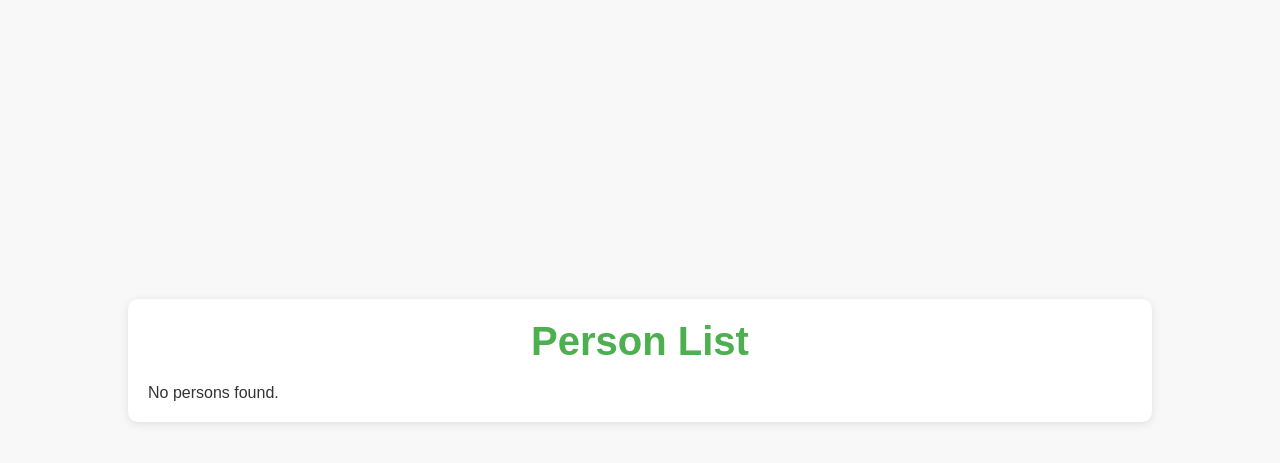
Repository: anjalikumari2207/person-api
Page: http://localhost/person/
These files come from the project's save history. The page is drawn as it stood at one moment and after the next save; the edit follows.
The browser window is 1280 px wide. The pictures show the whole page.
The page is served by the project's Node server (index.js). Other server files are loaded and not shown. Queries for data that is not in the repository find no rows.

Above is the page before, as saved 2025-04-13 23:50:40.

### views/personList.ejs
<!DOCTYPE html>
<html>
<head>
  <title>Person List</title>
  <link rel="stylesheet" href="/css/style.css">
</head>
<body>
  <div class="container">
    <h1>Person List</h1>

    <% if (people && people.length > 0) { %>
      <table border="1">
        <thead>
          <tr>
            <th>Name</th>
            <th>Email</th>
          </tr>
        </thead>
        <tbody>
          <% people.forEach(person => { %>
            <tr>
              <td><%= person.name %></td>
              <td><%= person.age %></td>
            </tr>
          <% }) %>
        </tbody>
      </table>
    <% } else { %>
      <p>No persons found.</p>
    <% } %>

  </div>
</body>
</html>

### index.js
const express = require('express');
const mongoose = require('mongoose');
const bodyParser = require('body-parser');
const methodOverride = require('method-override');
const personRoutes = require('./routes/personRoutes');

const app = express();
mongoose.connect("your_mongo_uri_here")
  .then(() => console.log("✅ MongoDB connected"))
  .catch((err) => console.error("❌ DB connection error:", err));

app.set('view engine', 'ejs');
app.use(express.static('public'));
app.use(bodyParser.urlencoded({ extended: true }));
app.use(methodOverride('_method'));

app.use('/person', personRoutes);
app.get('/', (req, res) => res.redirect('/person'));

app.listen(3000, () => console.log("🚀 Server on http://localhost:3000"));

### routes/personRoutes.js
const express = require('express');
const router = express.Router();
const Person = require('../models/Person');

// List all
router.get('/', async (req, res) => {
  const people = await Person.find();
  res.render('personList', { people });
});

// Add form
router.get('/add', (req, res) => {
  res.render('personForm', {
    person: {},
    action: '/person',
    method: 'POST',
    button: 'Add Person'
  });
});

// Create
router.post('/', async (req, res) => {
  await Person.create(req.body);
  res.redirect('/person');
});

// Edit form
router.get('/:id/edit', async (req, res) => {
  const person = await Person.findById(req.params.id);
  res.render('personForm', {
    person,
    action: `/person/${person._id}?_method=PUT`,
    method: 'POST',
    button: 'Update Person'
  });
});

// Update
router.put('/:id', async (req, res) => {
  await Person.findByIdAndUpdate(req.params.id, req.body);
  res.redirect('/person');
});

// Delete
router.delete('/:id', async (req, res) => {
  await Person.findByIdAndDelete(req.params.id);
  res.redirect('/person');
});

module.exports = router;

### public/css/style.css
/* person-api/public/css/style.css */

body {
    font-family: 'Segoe UI', Tahoma, Geneva, Verdana, sans-serif;
    background-color: #f4f7fa;
    margin: 0;
    padding: 0;
  }

  .container {
    max-width: 800px;
    margin: 50px auto;
    background: white;
    padding: 30px;
    border-radius: 8px;
    box-shadow: 0 4px 12px rgba(0, 0, 0, 0.1);
  }

  h1 {
    text-align: center;
    color: #333;
    margin-bottom: 20px;
  }

  ul {
    list-style: none;
    padding: 0;
  }

  li {
    padding: 10px;
    border-bottom: 1px solid #ddd;
    font-size: 18px;
  }

  li:last-child {
    border-bottom: none;
  }

  a.button {
    display: inline-block;
    padding: 8px 16px;
    margin-top: 15px;
    background-color: #007bff;
    color: white;
    border-radius: 5px;
    text-decoration: none;
    text-align: center;
  }

  a.button:hover {
    background-color: #0056b3;
  }
  /* Add this at the bottom of style.css */

form {
    display: flex;
    flex-direction: column;
  }

  .form-group {
    margin-bottom: 15px;
  }

  label {
    font-weight: bold;
    margin-bottom: 5px;
    display: block;
  }

  input[type="text"],
  input[type="number"] {
    padding: 10px;
    width: 100%;
    border: 1px solid #ccc;
    border-radius: 5px;
    box-sizing: border-box;
  }

  .btn {
    background-color: #28a745;
    color: white;
    padding: 10px 18px;
    border: none;
    border-radius: 5px;
    cursor: pointer;
    text-transform: uppercase;
    font-weight: bold;
  }

  .btn:hover {
    background-color: #218838;
  }
  /* style.css */

/* General Reset */
* {
    margin: 0;
    padding: 0;
    box-sizing: border-box;
    font-family: 'Arial', sans-serif;
  }

  /* Background and Layout */
  body {
    background-color: #f8f8f8;
    color: #333;
    display: flex;
    justify-content: center;
    align-items: center;
    min-height: 100vh;
  }

  /* Container */
  .container {
    width: 80%;
    max-width: 1200px;
    margin: 0 auto;
    padding: 20px;
    background-color: white;
    border-radius: 10px;
    box-shadow: 0 2px 10px rgba(0, 0, 0, 0.1);
  }

  /* Header */
  h1 {
    font-size: 2.5rem;
    color: #4CAF50;
    text-align: center;
    margin-bottom: 20px;
  }

  /* Button Styling */
  button {
    background-color: #4CAF50;
    color: white;
    padding: 10px 20px;
    border: none;
    border-radius: 5px;
    cursor: pointer;
    font-size: 1rem;
    transition: background-color 0.3s;
  }

  button:hover {
    background-color: #45a049;
  }

  /* Form Input Styling */
  input[type="text"],
  input[type="number"],
  input[type="email"],
  textarea {
    width: 100%;
    padding: 10px;
    margin: 10px 0;
    border: 1px solid #ddd;
    border-radius: 5px;
    font-size: 1rem;
  }

  input[type="text"]:focus,
  input[type="number"]:focus,
  input[type="email"]:focus,
  textarea:focus {
    border-color: #4CAF50;
    outline: none;
  }

  /* Table Styling */
  table {
    width: 100%;
    margin-top: 20px;
    border-collapse: collapse;
  }

  table th,
  table td {
    padding: 10px;
    text-align: left;
    border-bottom: 1px solid #ddd;
  }

  table th {
    background-color: #4CAF50;
    color: white;
  }

  table tr:hover {
    background-color: #f1f1f1;
  }

  /* Footer */
  footer {
    text-align: center;
    padding: 20px 0;
    background-color: #333;
    color: white;
    position: fixed;
    width: 100%;
    bottom: 0;
  }

After the next save:
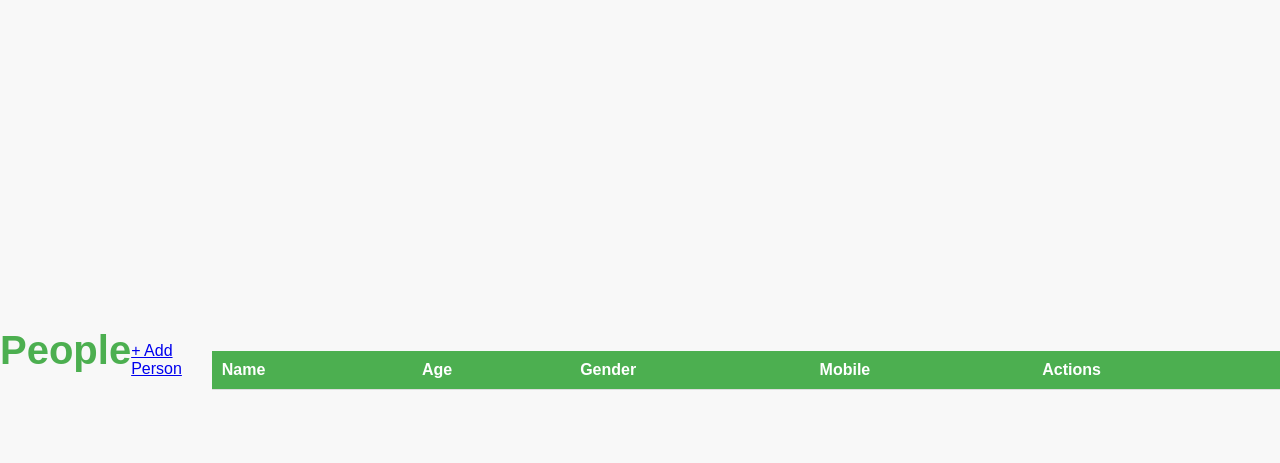
Saved 12 s later.
--- a/views/personList.ejs
+++ b/views/personList.ejs
@@ -2,33 +2,29 @@
 <html>
 <head>
   <title>Person List</title>
-  <link rel="stylesheet" href="/css/style.css">
+  <link rel="stylesheet" href="/css/style.css" />
 </head>
 <body>
-  <div class="container">
-    <h1>Person List</h1>
-
-    <% if (people && people.length > 0) { %>
-      <table border="1">
-        <thead>
-          <tr>
-            <th>Name</th>
-            <th>Email</th>
-          </tr>
-        </thead>
-        <tbody>
-          <% people.forEach(person => { %>
-            <tr>
-              <td><%= person.name %></td>
-              <td><%= person.age %></td>
-            </tr>
-          <% }) %>
-        </tbody>
-      </table>
-    <% } else { %>
-      <p>No persons found.</p>
-    <% } %>
-
-  </div>
+  <h1>People</h1>
+  <a href="/person/add">+ Add Person</a>
+  <table>
+    <thead><tr><th>Name</th><th>Age</th><th>Gender</th><th>Mobile</th><th>Actions</th></tr></thead>
+    <tbody>
+      <% people.forEach(person => { %>
+        <tr>
+          <td><%= person.name %></td>
+          <td><%= person.age %></td>
+          <td><%= person.gender %></td>
+          <td><%= person.mobile %></td>
+          <td>
+            <a href="/person/<%= person._id %>/edit">Edit</a>
+            <form method="POST" action="/person/<%= person._id %>?_method=DELETE" style="display:inline;">
+              <button type="submit">Delete</button>
+            </form>
+          </td>
+        </tr>
+      <% }) %>
+    </tbody>
+  </table>
 </body>
 </html>
